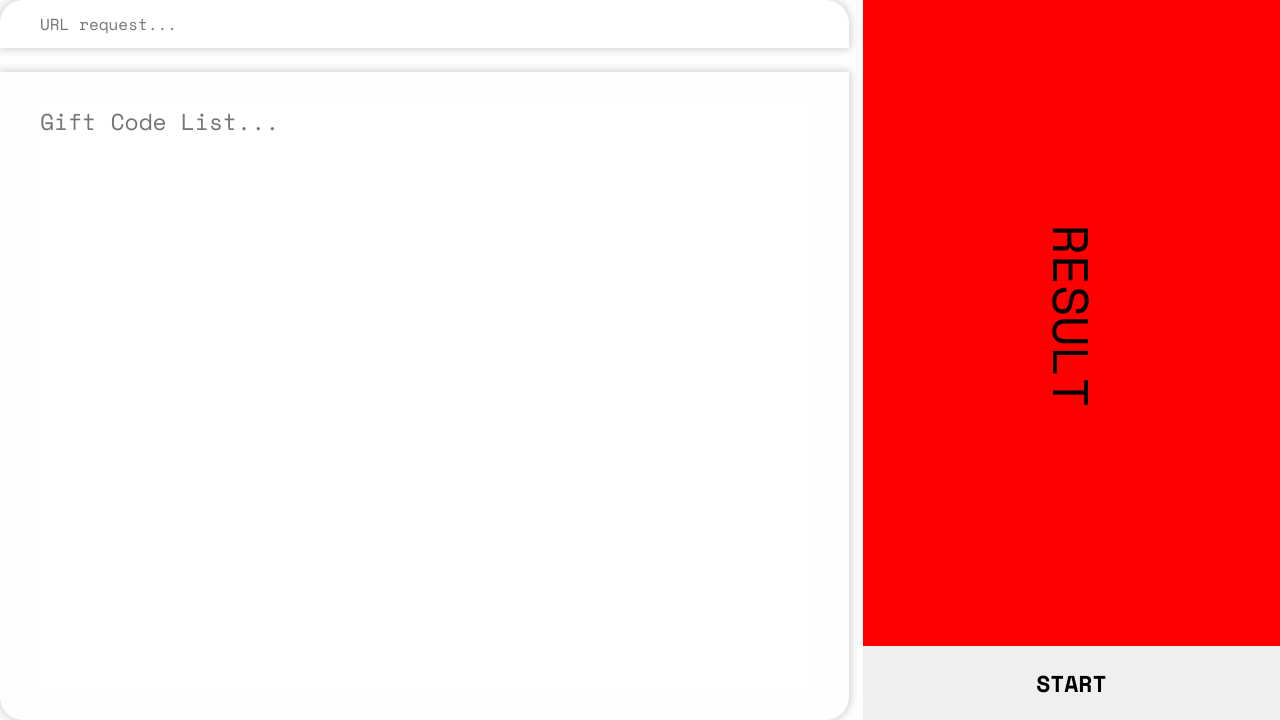
Repository: 777hanh777hanh/test
Page: index.html
The author's editor kept a copy of each file at every save. The page is drawn from the files as they stood at one save, then again after the next save.
The browser window is 1280 px wide. The pictures show the whole page.

Above is the page before, as saved 2023-06-30 17:45:33.

### index.html
<!DOCTYPE html>
<html lang="en">
    <head>
        <meta charset="UTF-8" />
        <meta name="viewport" content="width=device-width, initial-scale=1.0" />
        <title>Request API</title>
        <!-- Fonts -->
        <link rel="preconnect" href="https://fonts.googleapis.com" />
        <link rel="preconnect" href="https://fonts.gstatic.com" crossorigin />
        <link
            href="https://fonts.googleapis.com/css2?family=Space+Mono:wght@400;700&display=swap"
            rel="stylesheet"
        />
        <!-- CSS -->
        <link rel="stylesheet" href="./assets/css/reset.css" />
        <link rel="stylesheet" href="./assets/css/style.css" />
    </head>
    <body>
        <div class="inner">
            <!-- Input URL -->
            <div class="url-block">
                <input type="text" name="" id="url" class="url" placeholder="URL request..."></input>
            </div>
            <!-- Text Area -->
            <div class="giftCode-block">
                <textarea name="" id="giftCode" class="giftCode" placeholder="Gift Code List..."></textarea>
            </div>

            <!-- Result Block -->
            <div class="result-block">
                <div class="result"></div>
                <button class="btn">Start</button>
            </div>
        </div>
        <script src="./assets/js/main.js"></script>
    </body>
</html>

### assets/css/reset.css
html,
body,
div,
span,
applet,
object,
iframe,
h1,
h2,
h3,
h4,
h5,
h6,
p,
blockquote,
pre,
a,
abbr,
acronym,
address,
big,
cite,
code,
del,
dfn,
em,
img,
ins,
kbd,
q,
s,
samp,
small,
strike,
strong,
sub,
sup,
tt,
var,
b,
u,
i,
center,
dl,
dt,
dd,
ol,
ul,
li,
fieldset,
form,
label,
legend,
table,
caption,
tbody,
tfoot,
thead,
tr,
th,
td,
article,
aside,
canvas,
details,
embed,
figure,
figcaption,
footer,
header,
hgroup,
menu,
nav,
output,
ruby,
section,
summary,
time,
mark,
audio,
video {
    margin: 0;
    padding: 0;
    border: 0;
    font-size: 100%;
    font: inherit;
    vertical-align: baseline;
}
/* HTML5 display-role reset for older browsers */
article,
aside,
details,
figcaption,
figure,
footer,
header,
hgroup,
menu,
nav,
section {
    display: block;
}
body {
    line-height: 1;
}
ol,
ul {
    list-style: none;
}
blockquote,
q {
    quotes: none;
}
blockquote:before,
blockquote:after,
q:before,
q:after {
    content: '';
    content: none;
}
table {
    border-collapse: collapse;
    border-spacing: 0;
}

button,
input,
textarea,
[tabindex] {
    outline: none;
    border: none;
    font-family: inherit;
}

a {
    text-decoration: none;
}

### assets/css/style.css
:root {
    --text-color: #333;
    --font-family: 'Space Mono', monospace;
}

* {
    padding: 0;
    margin: 0;
    box-sizing: border-box;
}

html {
    font-size: 62.5%;
}

body {
    min-height: 100vh;
    font-family: var(--font-family, 'system-ui');
    -webkit-font-smoothing: antialiased;
    -moz-osx-font-smoothing: grayscale;
    font-size: 1.6rem;
    overflow: overlay;
    background: #fefefe;
}

html *::-webkit-scrollbar {
    border-radius: 0;
    width: 8px;
}
html *::-webkit-scrollbar-thumb {
    border-radius: 4px;
    background-color: rgba(22, 24, 35, 0.06);
}
html *::-webkit-scrollbar-track {
    border-radius: 0;
    background-color: rgba(0, 0, 0, 0);
}

/* CSS */
.inner {
    min-height: 100vh;
    display: grid;
    grid-template-columns: repeat(3, 1fr);
    grid-template-rows: auto 3fr;
    grid-template-areas:
        'url url result'
        'giftCode giftCode result';
    column-gap: 14px;
    row-gap: 24px;
}

/* Input Block */
.url-block {
    grid-area: url;
}

.url {
    display: block;
    padding: 12px 40px;
    width: 100%;
    height: 100%;
    font-size: 1.6rem;
    border-radius: 23px 23px 0 0;
    box-shadow: 0 0 10px 1px #ccc;
}

.giftCode-block {
    grid-area: giftCode;
    padding: 32px 40px;
    border-radius: 0 0 23px 23px;
    box-shadow: 0 0 10px 1px #ccc;
}

.giftCode {
    display: block;
    width: 100%;
    height: 100%;
    font-size: 2.3rem;
    font-family: var(--font-family, 'monospace');
    resize: none;
}

.result-block {
    grid-area: result;
    display: flex;
    flex-direction: column;
    background: red;
    row-gap: 14px;
}

.result {
    position: relative;
    display: flex;
    justify-content: center;
    align-items: center;
    flex-grow: 1;
}

.result::before {
    position: absolute;
    display: inline-block;
    content: 'Result';
    text-transform: uppercase;
    font-size: 5rem;
    transform: rotate(90deg);
    overflow: visible;
}

.btn {
    padding: 20px;
    font-size: 2.3rem;
    font-weight: 700;
    text-transform: uppercase;
}

.btn:hover {
    cursor: pointer;
}

Loaded but not shown: assets/js/main.js (no stored copy; drawn as an empty file)

After the next save:
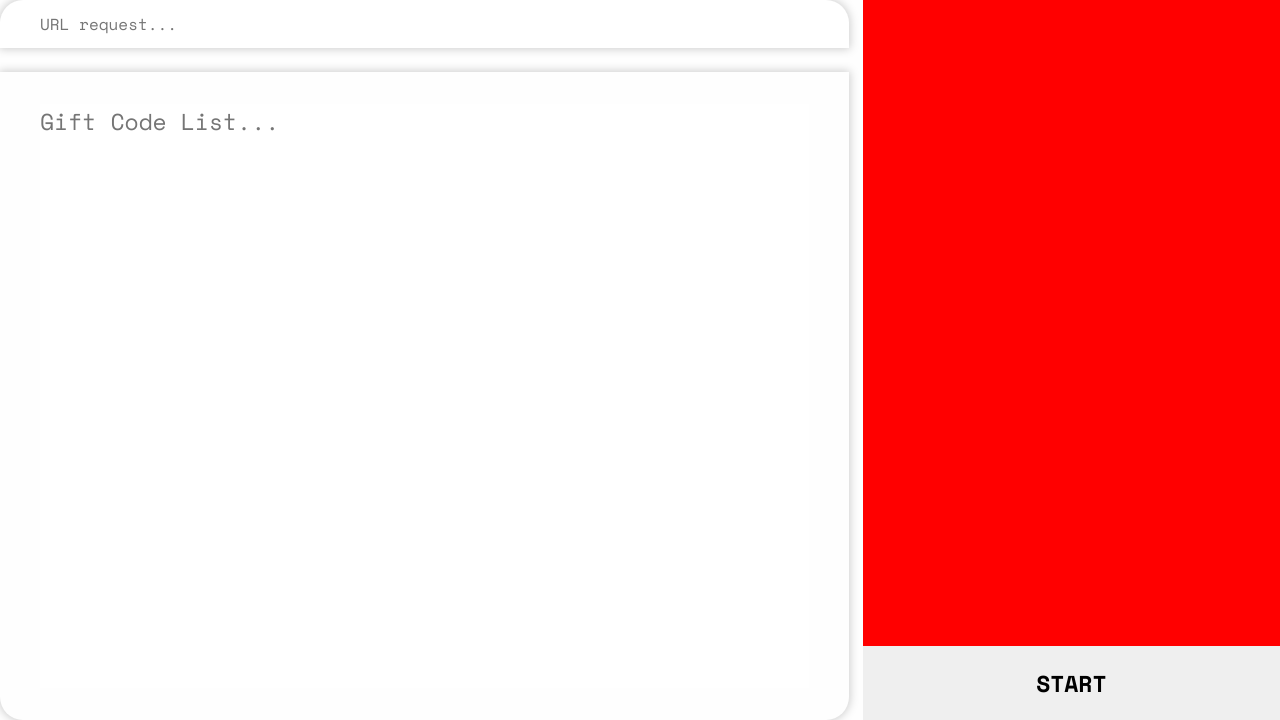
Saved 13 s later.
--- a/assets/css/style.css
+++ b/assets/css/style.css
@@ -97,8 +97,8 @@
 }
 
 .result::before {
+    display: none;
     position: absolute;
-    display: inline-block;
     content: 'Result';
     text-transform: uppercase;
     font-size: 5rem;

After the 2 saves that followed:
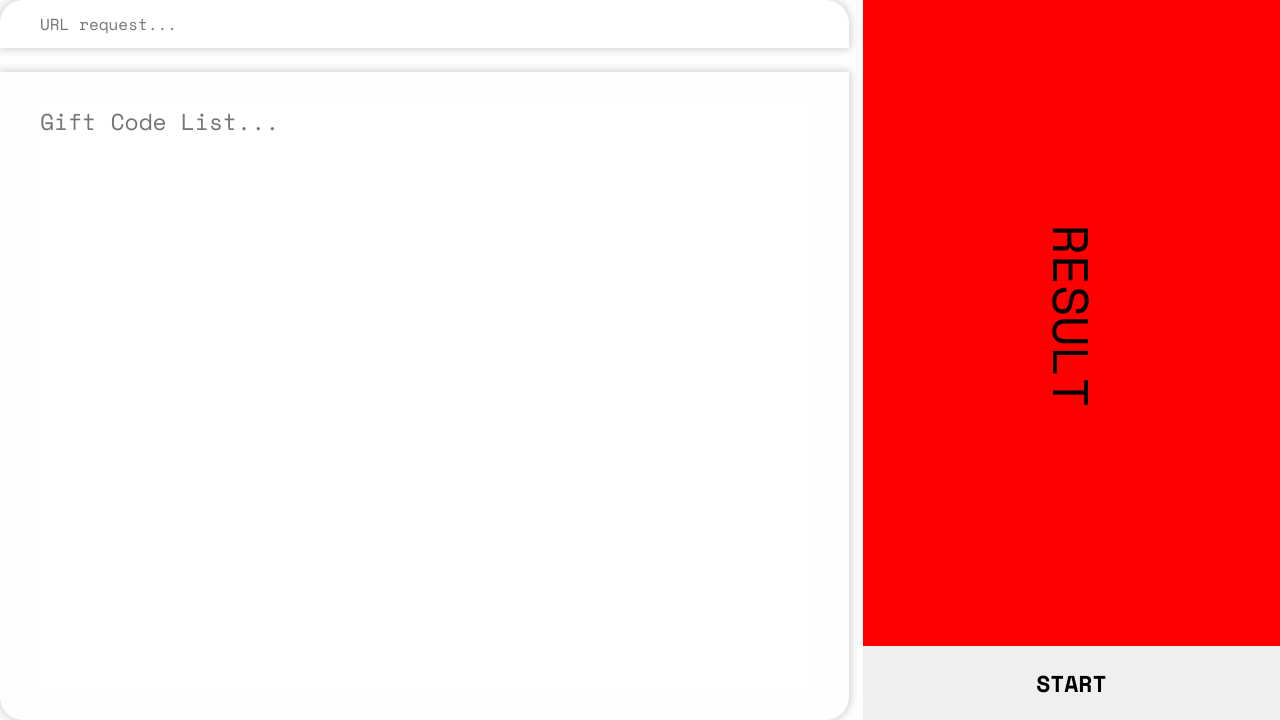
The 2 saves are shown as one change because 1 left the picture as it was.
The last was saved 56 s later.
--- a/assets/css/style.css
+++ b/assets/css/style.css
@@ -96,6 +96,10 @@
     flex-grow: 1;
 }
 
+.result:empty.result::before {
+    display: inline-block;
+}
+
 .result::before {
     display: none;
     position: absolute;
